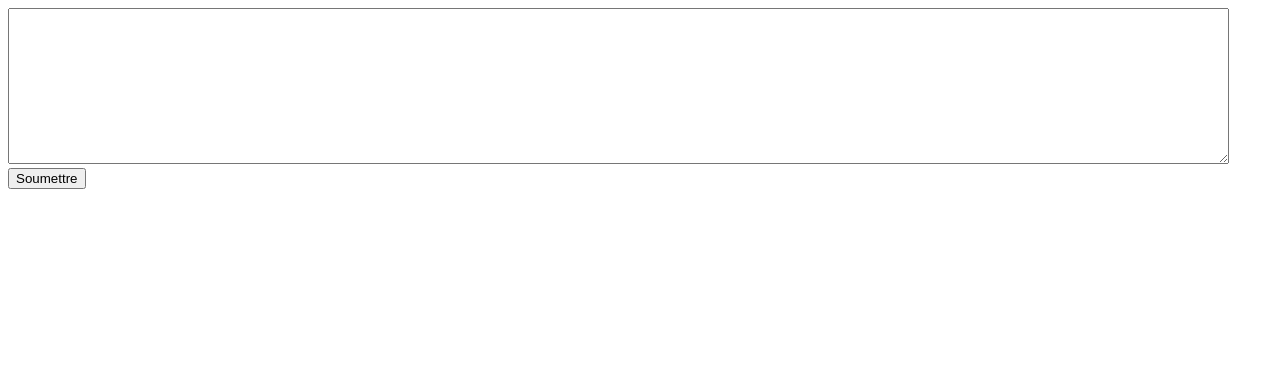
Repository: Dispasim/API2
Page: http://localhost/
These files come from the project's save history. The page is drawn as it stood at one moment and after the next save; the edit follows.
The browser window is 1280 px wide. The pictures show the whole page.
The page is served by the project's application, run on Django 4.2 (manage.py). Other server files are loaded and not shown.

Above is the page before, as saved 2023-11-15 02:29:28.

### templates/projet/index.html




<!DOCTYPE html>
<html>
<head>
    <title>Boîtes de Dialogue</title>
    <style>
        /* Style pour que les textarea apparaissent les unes en dessous des autres */
        #boites-container {
            display: block;
            margin-bottom: 10px;
            width: 300px;
            height: 100px;
        }
    </style>
</head>
<body>
    <form action="/create_subtrade/" method = 'post'>
        {% csrf_token %}
        {{ form }}
        <input type="submit" value="Soumettre"></input>
    </form>


</body>
</html>

### projet/forms.py
from django import forms


class CreateSubtradeForm(forms.Form):
    text_subtrade = forms.CharField(label = "",max_length=100,widget=forms.Textarea(attrs={'rows': 10, 'cols': 150,'class': 'boites-container'}))

### projet/views.py
from django.shortcuts import render
from .models import subtrade
from django.views import View
from .modele import modele
import requests
from django.urls import reverse
from django.http import HttpResponse
from .models import subtrade
from .forms import CreateSubtradeForm


modele = modele()










def test(request):
    return render(request,'projet/test.html')



def create_subtrade(request):
    if (request.method=='POST'):
        form = CreateSubtradeForm(request.POST)
        if (form.is_valid()):
            text = form.cleaned_data["text_subtrade"]
            subtrade_ =  subtrade(text_subtrade = text)
            subtrade_.save()
            return HttpResponse("Succès")
    form = CreateSubtradeForm()
    return render(request, "projet/index.html", {"form" : form})

### core/urls.py

from django.contrib import admin
from django.urls import path, include

urlpatterns = [
    path('admin/', admin.site.urls),
    path('',include('projet.urls', namespace='projet')),
    path('api/',include('projet_api.urls', namespace='projet_api'))
]

### projet/urls.py
from django.urls import path
from django.views.generic import TemplateView
from .views import test
from .views import create_subtrade

app_name = 'projet'

urlpatterns = [

    #path('test/',TemplateView.as_view(template_name="projet/test.html")),
    path("test/", test, name="index"),
    path('', create_subtrade, name='create_subtrade')

]

### projet_api/urls.py
from django.urls import path
from .views import OrderList, OrderDetail

app_name = 'projet_api'

urlpatterns = [
    path('<int:pk>/',OrderDetail.as_view(),name='detailcreate'),
    path('',OrderList.as_view(), name='listcreate')
]

After the next save:
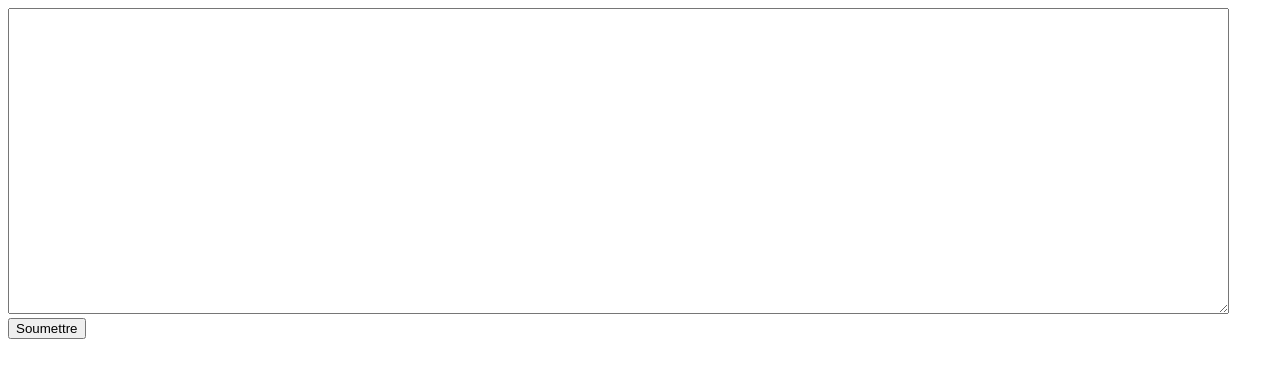
Saved 6 s later.
--- a/projet/forms.py
+++ b/projet/forms.py
@@ -2,4 +2,4 @@ from django import forms
 
 
 class CreateSubtradeForm(forms.Form):
-    text_subtrade = forms.CharField(label = "",max_length=100,widget=forms.Textarea(attrs={'rows': 10, 'cols': 150,'class': 'boites-container'}))
+    text_subtrade = forms.CharField(label = "",max_length=100,widget=forms.Textarea(attrs={'rows': 20, 'cols': 150,'class': 'boites-container'}))
